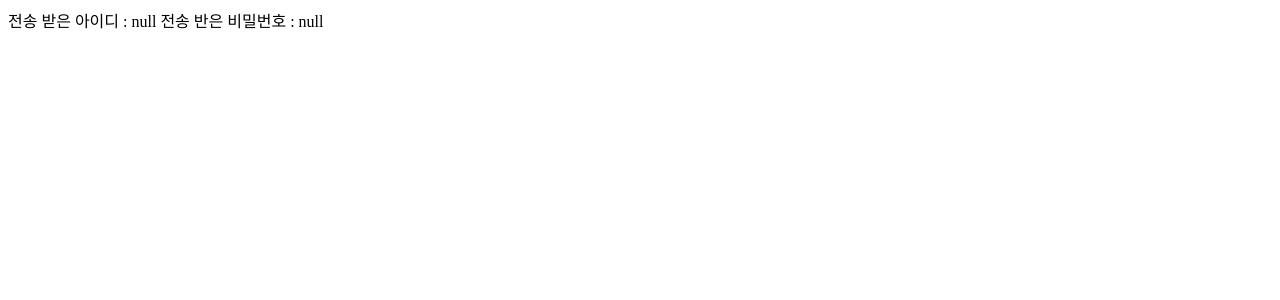
Repository: lee-ruru/jsp_practice
Page: http://localhost/JSPBasic/JspObject/1.requests/req_param_getpost.jsp
An editor plug-in stored every save of this project. The page is shown before and after the next save, followed by the edit.
The browser window is 1280 px wide. The pictures show the whole page.
The page is served by Tomcat 9.

Above is the page before, as saved 2022-02-03 05:39:26.

### JSPBasic/src/main/webapp/JspObject/1.requests/req_param_getpost.jsp
<%@ page language="java" contentType="text/html; charset=UTF-8"
    pageEncoding="UTF-8"%>

    <%
    // name "apple"에 딸려온 데이터 조회
    String id = request.getParameter("apple");
    // name "banana"에 딸려온 데이터를 변수 pw에 저장 후 body에 출력해보세요.
    String password = request.getParameter("banana");

    %>
<!DOCTYPE html>
<html>
<head>
<meta charset="UTF-8">
<title>Insert title here</title>
</head>
<body>

		전송 받은 아이디 : <%= id %>
		전송 반은 비밀번호 : <%= password %>





</body>
</html>

After the next save:
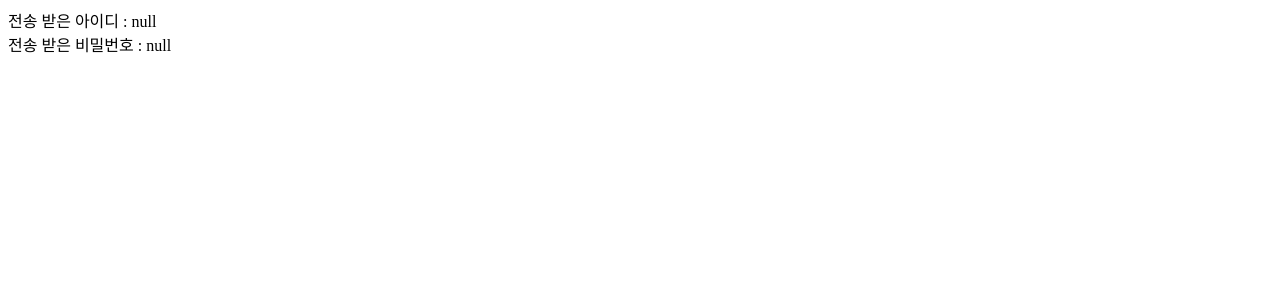
Saved 21 s later.
--- a/JSPBasic/src/main/webapp/JspObject/1.requests/req_param_getpost.jsp
+++ b/JSPBasic/src/main/webapp/JspObject/1.requests/req_param_getpost.jsp
@@ -16,8 +16,8 @@
 </head>
 <body>
 
-		전송 받은 아이디 : <%= id %>
-		전송 반은 비밀번호 : <%= password %>
+		전송 받은 아이디 : <%= id %><br/>
+		전송 받은 비밀번호 : <%= password %>
 
 
 
